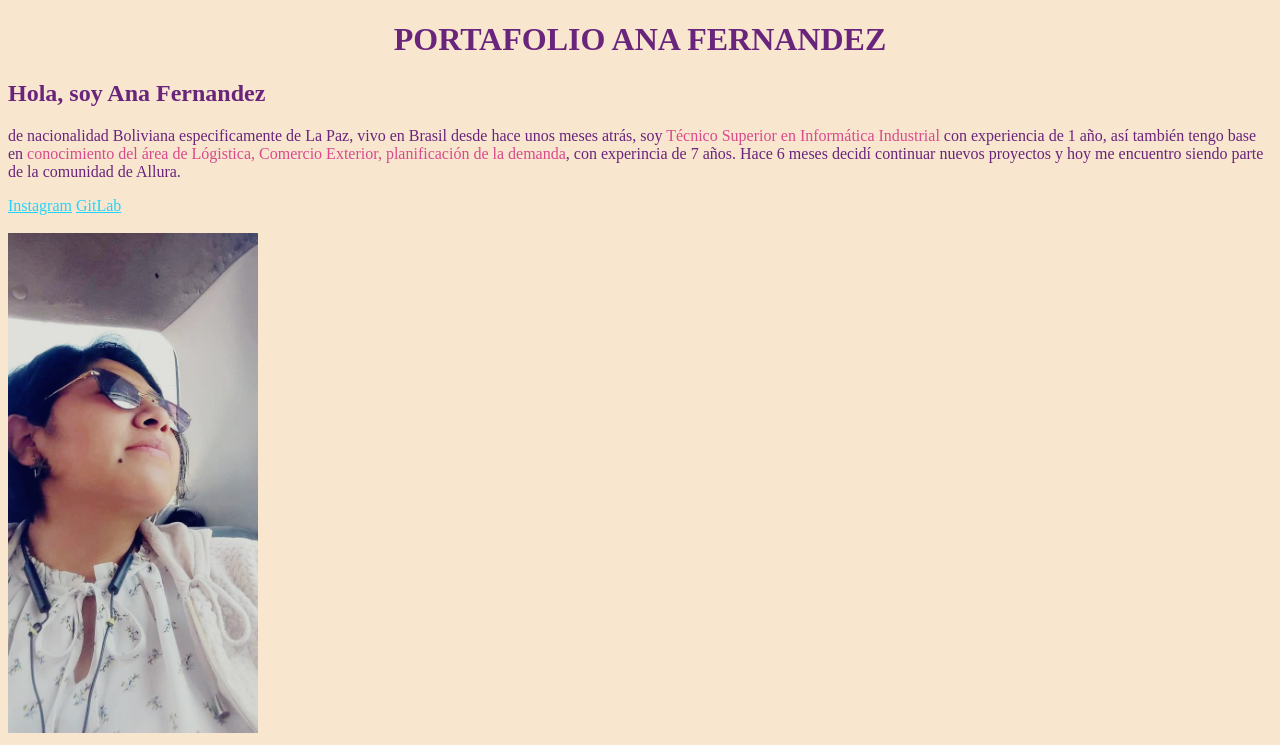
Repository: AnaFzCz/PROYECTOS-HTML---CSS2
Page: Portafolio/index.html
These files come from the project's save history. The page is drawn as it stood at one moment and after the next save; the edit follows.
The browser window is 1280 px wide. The pictures show the whole page.

Above is the page before, as saved 2025-01-23 06:47:22.

After the next save:
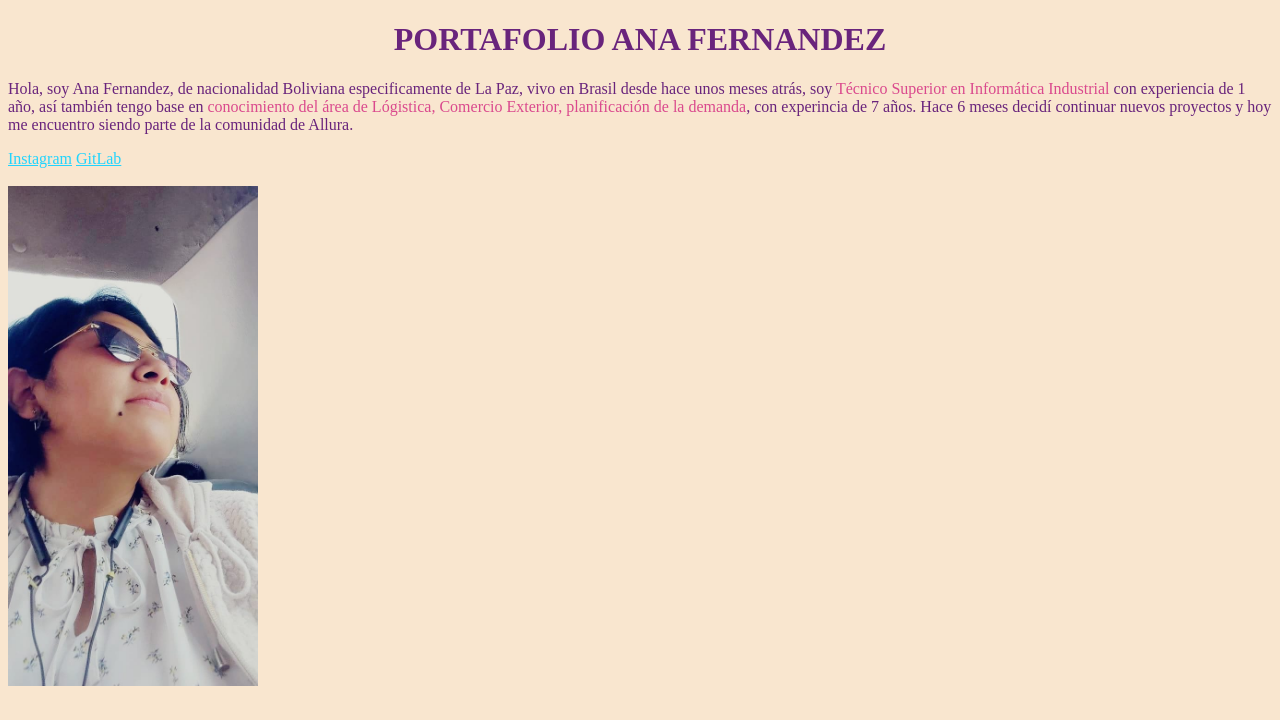
Saved 22 s later.
--- a/Portafolio/index.html
+++ b/Portafolio/index.html
@@ -13,7 +13,7 @@
     </header>
     <main>
         <h1 style="text-align: center;">PORTAFOLIO ANA FERNANDEZ</h1>
-        <h2>Hola, soy Ana Fernandez</h2><p>de nacionalidad Boliviana especificamente de La Paz, vivo en Brasil desde hace unos meses atrás, soy <span>Técnico Superior en Informática Industrial</span> con experiencia de 1 año, así también tengo base en <span>conocimiento del área de Lógistica, Comercio Exterior, planificación de la demanda</span>, con experincia de 7 años. Hace 6 meses decidí continuar nuevos proyectos y hoy me encuentro siendo parte de la comunidad de Allura.</p>
+        <p>Hola, soy Ana Fernandez, de nacionalidad Boliviana especificamente de La Paz, vivo en Brasil desde hace unos meses atrás, soy <span>Técnico Superior en Informática Industrial</span> con experiencia de 1 año, así también tengo base en <span>conocimiento del área de Lógistica, Comercio Exterior, planificación de la demanda</span>, con experincia de 7 años. Hace 6 meses decidí continuar nuevos proyectos y hoy me encuentro siendo parte de la comunidad de Allura.</p>
             <div >
         <a href="https://instagram.com/anafzcz">Instagram</a>
         <a href="https://github.com/AnaFzCz">GitLab</a>
